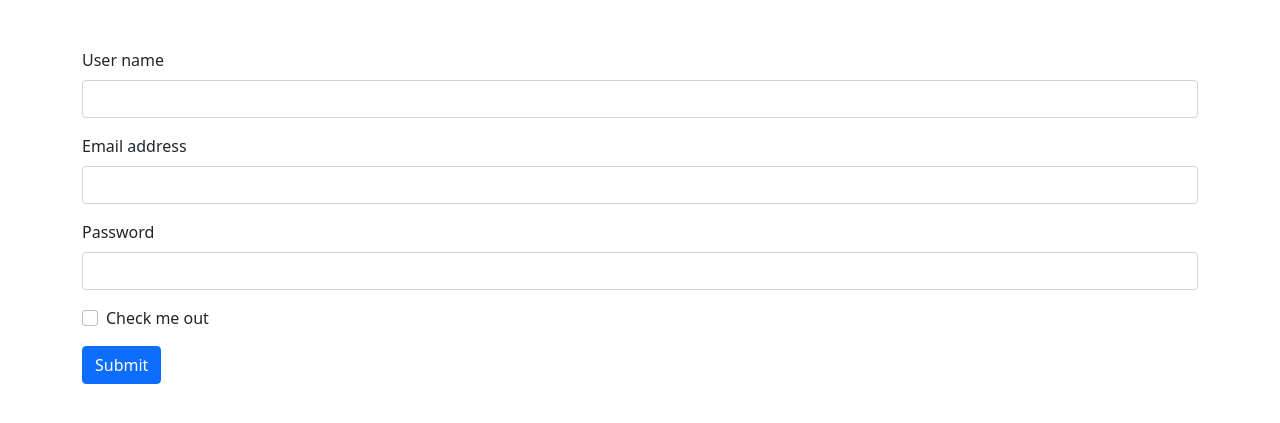
Repository: IamPawan777/spring-MCV
Page: http://localhost/p4.1-sending-data-to-controller/form
The author's editor kept a copy of each file at every save. The page is drawn from the files as they stood at one save, then again after the next save.
The browser window is 1280 px wide. The pictures show the whole page.
The page is served by Tomcat 9.

Above is the page before, as saved 2025-01-13 13:42:46.

After the next save:
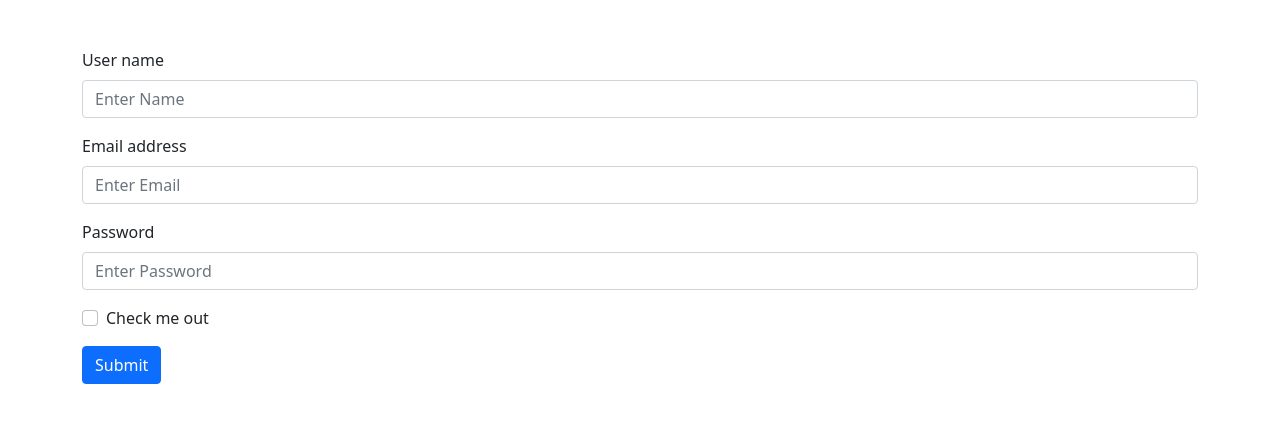
Saved 86 s later.
--- a/p4.1-sending-data-to-controller/src/main/webapp/WEB-INF/pages/form.jsp
+++ b/p4.1-sending-data-to-controller/src/main/webapp/WEB-INF/pages/form.jsp
@@ -23,19 +23,19 @@
 			<div class="mb-3">
 				<label for="exampleInputText" class="form-label">User
 					name</label> <input type="text" class="form-control"
-					id="exampleInputText" aria-describedby="emailHelp">
+					id="exampleInputText" aria-describedby="emailHelp" placeholder="Enter Name">
 			</div>
 
 			<div class="mb-3">
 				<label for="exampleInputEmail1" class="form-label">Email
 					address</label> <input type="email" class="form-control"
-					id="exampleInputEmail1" aria-describedby="emailHelp">
+					id="exampleInputEmail1" aria-describedby="emailHelp"  placeholder="Enter Email">
 			</div>
 
 			<div class="mb-3">
 				<label for="exampleInputPassword1" class="form-label">Password</label>
 				<input type="password" class="form-control"
-					id="exampleInputPassword1">
+					id="exampleInputPassword1"  placeholder="Enter Password">
 			</div>
 
 			<div class="mb-3 form-check">
